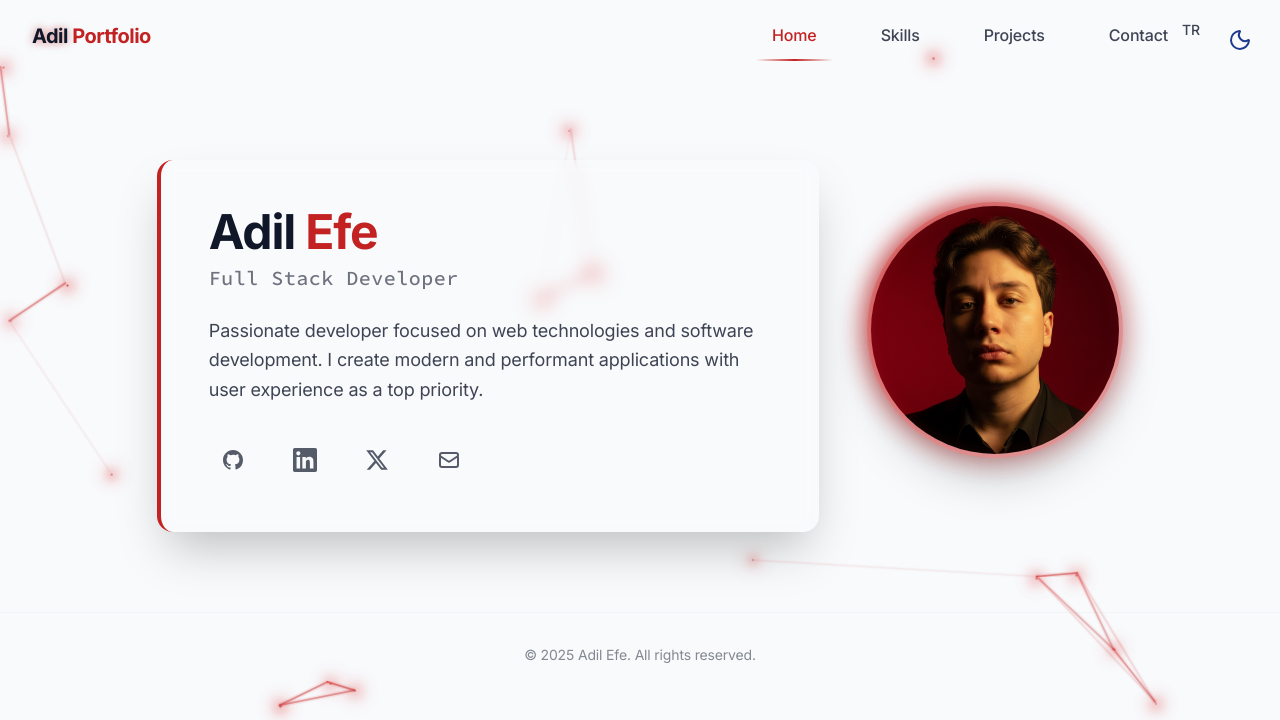
Repository: jusiann/personal-portfolio
Page: / (app in my-portfolio/)
These files come from the project's save history. The page is drawn as it stood at one moment and after the next save; the edit follows.
The browser window is 1280 px wide. The pictures show the whole page.
The project was rebuilt for these pictures with package versions that can differ from the ones it lists, and the page was loaded fresh each time. Also part of the build but not shown: my-portfolio/vite.config.js, my-portfolio/src/pages/Skills.jsx, my-portfolio/src/pages/Projects.jsx, my-portfolio/src/pages/Contact.jsx, my-portfolio/src/pages/NotFound.jsx.

Above is the page before, as saved 2025-11-19 23:13:59.

### my-portfolio/index.html
<!doctype html>
<html lang="en">
  <head>
    <meta charset="UTF-8" />
    <link rel="icon" type="image/svg+xml" href="/vite.svg" />
    <meta name="viewport" content="width=device-width, initial-scale=1.0" />
    <link rel="preconnect" href="https://fonts.googleapis.com">
    <link rel="preconnect" href="https://fonts.gstatic.com" crossorigin>
    <link href="https://fonts.googleapis.com/css2?family=Inter:wght@300;400;500;600;700;800&family=Source+Code+Pro:wght@400;500;600&display=swap" rel="stylesheet">
    <title>my-portfolio</title>
  </head>
  <body>
    <div id="root"></div>
    <script type="module" src="/src/main.jsx"></script>
  </body>
</html>

### my-portfolio/src/App.jsx
import { BrowserRouter, Routes, Route, Navigate, useLocation } from "react-router-dom"
import { AnimatePresence } from "framer-motion"
import { Home } from "./pages/Home";
import { Skills } from "./pages/Skills";
import { Projects } from "./pages/Projects";
import { Contact } from "./pages/Contact";
import { NotFound } from "./pages/NotFound";

function AnimatedRoutes() {
  const location = useLocation();

  return (
    <AnimatePresence mode="wait">
      <Routes location={location} key={location.pathname}>

        {/* TURKISH ROUTES */}
        <Route path="/" element={<Navigate to="/en" replace />} />
        <Route path="/tr" element={<Home />}/>
        <Route path="/tr/skills" element={<Skills />}/>
        <Route path="/tr/projects" element={<Projects />}/>
        <Route path="/tr/contact" element={<Contact />}/>

        {/* ENGLISH ROUTES */}
        <Route path="/en" element={<Home />}/>
        <Route path="/en/skills" element={<Skills />}/>
        <Route path="/en/projects" element={<Projects />}/>
        <Route path="/en/contact" element={<Contact />}/>
        <Route path="*" element={<NotFound />} />
      </Routes>
    </AnimatePresence>
  );
}

function App() {
  return (
    <BrowserRouter>
      <AnimatedRoutes />
    </BrowserRouter>
  )
}

export default App

### my-portfolio/src/pages/Home.jsx
import {ThemeToggle} from "../components/ThemeToggle";
import {LanguageToggle} from "../components/LanguageToggle";
import {CrimsonWebBackground} from "../components/CrimsonWebBackground";
import {Navbar} from "../components/Navbar";
import {PageTransition} from "../components/PageTransition";
import {ProfileCard} from "../components/ProfileCard";
import {ProfileImage} from "../components/ProfileImage";
import {SocialLinks} from "../components/SocialLinks";
import {useLanguage} from "../lib/utils";

export const Home = () => {
    const { t } = useLanguage();

    return (
        <PageTransition>
        <div className="
                        min-h-screen
                        bg-background
                        text-foreground
                        overflow-x-hidden">

            {/* THEME TOGGLE */}
            <ThemeToggle />

            {/* LANGUAGE TOGGLE */}
            <LanguageToggle />

            {/* BACKGROUND EFFECTS */}
            <CrimsonWebBackground />

            {/* NAVBAR */}
            <Navbar />

            {/* MAIN CONTENT */}
            <main className="container mx-auto px-4 py-12">
                <ProfileCard
                    profileImage={
                        <ProfileImage
                            src="/src/assets/images/profile_photo.png"
                            alt={`${t('profile_name')} ${t('profile_surname')}`}
                        />
                    }
                >
                    {/* Profil Resmi Mobile */}
                    <div className="md:hidden mb-8">
                        <ProfileImage
                            src="/src/assets/images/profile_photo.png"
                            alt={`${t('profile_name')} ${t('profile_surname')}`}
                        />
                    </div>

                    {/* İsim ve Soyisim */}
                    <div className="text-center md:text-left mb-6 animate-fade-in-delay-2">
                        <h1 className="
                            text-4xl
                            md:text-5xl
                            font-heading
                            font-bold
                            text-foreground
                            mb-2
                            tracking-tight
                        ">
                            {t('profile_name')}{' '}
                            <span className="text-primary">
                                {t('profile_surname')}
                            </span>
                        </h1>
                        <p className="
                            text-lg
                            md:text-xl
                            text-foreground/60
                            font-code
                        ">
                            {t('hero_subtitle')}
                        </p>
                    </div>

                    {/* Açıklama */}
                    <div className="
                        text-center
                        md:text-left
                        mb-8
                        max-w-2xl
                        animate-fade-in-delay-2
                    ">
                        <p className="
                            text-base
                            md:text-lg
                            text-foreground/80
                            leading-relaxed
                        ">
                            {t('profile_tagline')}
                        </p>
                    </div>

                    {/* Sosyal Medya Linkleri */}
                    <SocialLinks />
                </ProfileCard>
            </main>

            {/* FOOTER */}
            <footer className="
                text-center
                py-8
                text-foreground/50
                text-sm
                border-t
                border-border/30
            ">
                <p>© 2025 {t('profile_name')} {t('profile_surname')}. {t('rights_reserved')}.</p>
            </footer>
        </div>
        </PageTransition>
    );
};

### my-portfolio/src/components/LanguageToggle.jsx
import {useNavigate, useLocation } from 'react-router-dom';
import {cn} from '../lib/utils';

export const LanguageToggle = () => {
    const navigate = useNavigate();
    const location = useLocation();
    const currentLang = location.pathname.startsWith('/en') ? 'en' : 'tr';

    const toggleLanguage = () => {
        const newLang = currentLang === 'tr' ? 'en' : 'tr';
        navigate(`/${newLang}${location.hash}`);
    };

    return (
        <button
            onClick={toggleLanguage}
            className={cn(
                "fixed max-sm:hidden top-5 right-20 z-50 transition-all duration-300",
                "hover:scale-110 active:scale-95",
                "focus:outline-none text-foreground/80 hover:text-foreground",
                "text-sm font-medium uppercase"
            )}
        >
            {currentLang === 'tr' ? 'EN' : 'TR'}
        </button>
    );
};

### my-portfolio/src/components/Navbar.jsx
import {cn} from "../lib/utils";
import {Menu, X} from "lucide-react";
import {useEffect, useState} from "react";
import {useLocation, Link} from "react-router-dom";
import {translations} from "../lib/translations";

export const Navbar = () => {
  const [isScrolled, setIsScrolled] = useState(false);
  const [isMenuOpen, setIsMenuOpen] = useState(false);
  const location = useLocation();
  const lang = location.pathname.startsWith('/en') ? 'en' : 'tr';

  const navItems = [
    { name: translations[lang].home, href: `/${lang}` },
    { name: translations[lang].skills, href: `/${lang}/skills`},
    { name: translations[lang].projects, href: `/${lang}/projects` },
    { name: translations[lang].contact, href: `/${lang}/contact` },
  ];

  const isActiveRoute = (href) => {
    if (href === `/${lang}`) {
      return location.pathname === `/${lang}` || location.pathname === `/${lang}/`;
    }
    return location.pathname.startsWith(href);
  };

  useEffect(() => {
    const handleScroll = () => {
      setIsScrolled(window.scrollY > 10);
    };

    window.addEventListener("scroll", handleScroll);
    return () => window.removeEventListener("scroll", handleScroll);
  }, []);

  return (
    <nav
      className={cn(
        "fixed w-full z-40 transition-all duration-300",
        isScrolled ? "py-3 bg-background/80 backdrop-blur-md shadow-xs" : "py-5"
      )}
    >
      <div className="container flex items-center justify-between h-8 pr-24">
        <a
          className="text-xl font-heading font-bold text-primary flex items-center"
          href="#hero"
        >
          <span className="relative z-10">
            <span className="text-glow text-foreground"> Adil </span>{" "}
            Portfolio
          </span>
        </a>

        {/* desktop nav */}
        <div className="hidden md:flex items-center space-x-8">
          {navItems.map((item, key) => (
            <Link
              key={key}
              to={item.href}
              className={`relative px-4 py-3 font-medium transition-colors duration-300 group ${
                isActiveRoute(item.href)
                  ? 'text-primary'
                  : 'text-foreground/80 hover:text-primary'
              }`}
            >
              {/* Linear crimson line effect - Always visible for active, hover for others */}
              <div className={`absolute bottom-0 left-0 w-full h-0.5 bg-gradient-to-r from-transparent via-primary to-transparent transition-transform duration-500 origin-center ${
                isActiveRoute(item.href)
                  ? 'scale-x-100'
                  : 'scale-x-0 group-hover:scale-x-100'
              }`} />

              {/* Text */}
              <span className="relative z-10">
                {item.name}
              </span>
            </Link>
          ))}
        </div>

        {/* mobile nav */}

        <button
          onClick={() => setIsMenuOpen((prev) => !prev)}
          className="md:hidden p-2 text-foreground z-50 hover:text-primary transition-colors duration-300"
          aria-label={isMenuOpen ? "Close Menu" : "Open Menu"}
        >
          {isMenuOpen ? <X size={24} /> : <Menu size={24} />}
        </button>

        <div
          className={cn(
            "fixed inset-0 bg-background/95 backdrop-blur-md z-40 flex flex-col items-center justify-center",
            "transition-all duration-300 md:hidden",
            isMenuOpen
              ? "opacity-100 pointer-events-auto"
              : "opacity-0 pointer-events-none"
          )}
        >
          <div className="flex flex-col space-y-8 text-xl">
            {navItems.map((item, key) => (
              <Link
                key={key}
                to={item.href}
                className={`relative px-4 py-2 transition-colors duration-300 group ${
                  isActiveRoute(item.href)
                    ? 'text-primary'
                    : 'text-foreground/80 hover:text-primary'
                }`}
                onClick={() => setIsMenuOpen(false)}
              >
                {/* Mobile crimson line - always visible for active, hover for others */}
                <div className={`absolute bottom-0 left-0 w-full h-0.5 bg-gradient-to-r from-transparent via-primary to-transparent transition-transform duration-500 ${
                  isActiveRoute(item.href)
                    ? 'scale-x-100'
                    : 'scale-x-0 group-hover:scale-x-100'
                }`} />

                <span className="relative z-10">
                  {item.name}
                </span>
              </Link>
            ))}
          </div>
        </div>
      </div>
    </nav>
  );
};

### my-portfolio/src/components/PageTransition.jsx
import {motion} from 'framer-motion';

export const PageTransition = ({ children }) => {
    return (
        <>
            {children}

            {/* LEFT TRIANGLE */}
            <motion.div
                className="fixed inset-0 bg-background z-100 pointer-events-none"
                style={{
                    clipPath: 'polygon(0% 0%, 100% 0%, 0% 100%)',
                }}
                initial={{ x: '0%' }}
                animate={{ x: '-100%' }}
                transition={{
                    duration: 0.6,
                    ease: [0.65, 0, 0.35, 1],
                    delay: 0.4
                }}
            />

            {/* RIGHT TRIANGLE */}
            <motion.div
                className="fixed inset-0 bg-background z-100 pointer-events-none"
                style={{
                    clipPath: 'polygon(100% 0%, 100% 100%, 0% 100%)',
                }}
                initial={{ x: '0%' }}
                animate={{ x: '100%' }}
                transition={{
                    duration: 0.6,
                    ease: [0.65, 0, 0.35, 1],
                    delay: 0.4
                }}
            />

            {/* RED DIAGONAL LINE */}
            <motion.div
                className="fixed inset-0 pointer-events-none z-101"
                style={{
                    background: 'linear-gradient(to bottom right, transparent calc(50% - 2px), rgb(220, 38, 38) calc(50% - 2px), rgb(220, 38, 38) calc(50% + 2px), transparent calc(50% + 2px))',
                    filter: 'drop-shadow(0 0 8px rgb(220, 38, 38))',
                }}
                initial={{ opacity: 1 }}
                animate={{ opacity: 0 }}
                transition={{
                    duration: 0.3,
                    ease: "easeOut",
                    delay: 0.3
                }}
            />
        </>
    );
};

### my-portfolio/src/components/ProfileCard.jsx
export const ProfileCard = ({ children, profileImage }) => {

    return (
        <div className="relative w-[80%] mx-auto px-4 py-8 mt-20 flex items-center gap-12">
            {/* Ana kart yapısı - backdrop blur ve opacity ile saydam etki */}
            <div
                className="
                    relative
                    flex-1
                    bg-card/10
                    backdrop-blur-sm
                    rounded-2xl
                    border-l-4
                    border-primary
                    shadow-2xl
                    p-8
                    md:p-12
                    transition-all
                    duration-500
                    hover:scale-[1.01]
                    animate-fade-in
                "
            >
                {/* İçerik alanı */}
                <div className="relative z-10">
                    {children}
                </div>
            </div>

            {/* Profil Resmi - Card Dışında Sağda */}
            <div className="hidden md:block">
                {profileImage}
            </div>

            {/* Ambient glow efekti */}
            <div
                className="
                    absolute
                    -inset-4
                    bg-primary/5
                    blur-3xl
                    -z-10
                    opacity-50
                    animate-pulse-subtle
                "
            />
        </div>
    );
};

### my-portfolio/src/components/ProfileImage.jsx
export const ProfileImage = ({ src, alt = "Profile" }) => {
    return (
        <div className="flex justify-center mb-8 animate-fade-in-delay-1">
            {/* Dış halka - glow efekti */}
            <div
                className="
                    relative
                    group
                    animate-pulse-subtle
                "
            >
                {/* Gradient border halka */}
                <div
                    className="
                        absolute
                        -inset-1
                        bg-linear-to-br
                        from-primary
                        via-primary/60
                        to-primary/30
                        rounded-full
                        blur-md
                        group-hover:blur-lg
                        transition-all
                        duration-300
                    "
                />

                {/* Resim container */}
                <div
                    className="
                        relative
                        w-40
                        h-40
                        md:w-64
                        md:h-64
                        rounded-full
                        overflow-hidden
                        border-4
                        border-primary/20
                        shadow-2xl
                        group-hover:scale-105
                        transition-transform
                        duration-300
                    "
                >
                    <img
                        src={src}
                        alt={alt}
                        className="
                            w-full
                            h-full
                            object-cover
                            filter
                            group-hover:brightness-110
                            transition-all
                            duration-300
                        "
                    />
                </div>

                {/* İç glow */}
                <div
                    className="
                        absolute
                        inset-0
                        rounded-full
                        shadow-[inset_0_0_20px_rgba(220,38,38,0.2)]
                        pointer-events-none
                    "
                />
            </div>
        </div>
    );
};

### my-portfolio/src/components/SocialLinks.jsx
export const SocialLinks = () => {
    const socialMedia = [
        {
            name: "GitHub",
            url: "https://github.com/jusiann",
            icon: (
                <svg
                    className="w-6 h-6"
                    fill="currentColor"
                    viewBox="0 0 24 24"
                    aria-hidden="true"
                >
                    <path
                        fillRule="evenodd"
                        d="M12 2C6.477 2 2 6.484 2 12.017c0 4.425 2.865 8.18 6.839 9.504.5.092.682-.217.682-.483 0-.237-.008-.868-.013-1.703-2.782.605-3.369-1.343-3.369-1.343-.454-1.158-1.11-1.466-1.11-1.466-.908-.62.069-.608.069-.608 1.003.07 1.531 1.032 1.531 1.032.892 1.53 2.341 1.088 2.91.832.092-.647.35-1.088.636-1.338-2.22-.253-4.555-1.113-4.555-4.951 0-1.093.39-1.988 1.029-2.688-.103-.253-.446-1.272.098-2.65 0 0 .84-.27 2.75 1.026A9.564 9.564 0 0112 6.844c.85.004 1.705.115 2.504.337 1.909-1.296 2.747-1.027 2.747-1.027.546 1.379.202 2.398.1 2.651.64.7 1.028 1.595 1.028 2.688 0 3.848-2.339 4.695-4.566 4.943.359.309.678.92.678 1.855 0 1.338-.012 2.419-.012 2.747 0 .268.18.58.688.482A10.019 10.019 0 0022 12.017C22 6.484 17.522 2 12 2z"
                        clipRule="evenodd"
                    />
                </svg>
            ),
        },
        {
            name: "LinkedIn",
            url: "https://linkedin.com/in/yourprofile",
            icon: (
                <svg
                    className="w-6 h-6"
                    fill="currentColor"
                    viewBox="0 0 24 24"
                    aria-hidden="true"
                >
                    <path
                        fillRule="evenodd"
                        d="M20.447 20.452h-3.554v-5.569c0-1.328-.027-3.037-1.852-3.037-1.853 0-2.136 1.445-2.136 2.939v5.667H9.351V9h3.414v1.561h.046c.477-.9 1.637-1.85 3.37-1.85 3.601 0 4.267 2.37 4.267 5.455v6.286zM5.337 7.433c-1.144 0-2.063-.926-2.063-2.065 0-1.138.92-2.063 2.063-2.063 1.14 0 2.064.925 2.064 2.063 0 1.139-.925 2.065-2.064 2.065zm1.782 13.019H3.555V9h3.564v11.452zM22.225 0H1.771C.792 0 0 .774 0 1.729v20.542C0 23.227.792 24 1.771 24h20.451C23.2 24 24 23.227 24 22.271V1.729C24 .774 23.2 0 22.222 0h.003z"
                        clipRule="evenodd"
                    />
                </svg>
            ),
        },
        {
            name: "Twitter",
            url: "https://twitter.com/yourhandle",
            icon: (
                <svg
                    className="w-6 h-6"
                    fill="currentColor"
                    viewBox="0 0 24 24"
                    aria-hidden="true"
                >
                    <path d="M18.244 2.25h3.308l-7.227 8.26 8.502 11.24H16.17l-5.214-6.817L4.99 21.75H1.68l7.73-8.835L1.254 2.25H8.08l4.713 6.231zm-1.161 17.52h1.833L7.084 4.126H5.117z" />
                </svg>
            ),
        },
        {
            name: "Email",
            url: "mailto:your.email@example.com",
            icon: (
                <svg
                    className="w-6 h-6"
                    fill="none"
                    stroke="currentColor"
                    viewBox="0 0 24 24"
                    aria-hidden="true"
                >
                    <path
                        strokeLinecap="round"
                        strokeLinejoin="round"
                        strokeWidth={2}
                        d="M3 8l7.89 5.26a2 2 0 002.22 0L21 8M5 19h14a2 2 0 002-2V7a2 2 0 00-2-2H5a2 2 0 00-2 2v10a2 2 0 002 2z"
                    />
                </svg>
            ),
        },
    ];

    return (
        <div className="flex justify-center md:justify-start gap-6 mt-8 animate-fade-in-delay-3">
            {socialMedia.map((social, index) => (
                <a
                    key={social.name}
                    href={social.url}
                    target="_blank"
                    rel="noopener noreferrer"
                    className="
                        p-3
                        text-foreground/70
                        hover:text-primary
                        transition-all
                        duration-300
                        hover:scale-110
                        animate-fade-in-delay-3
                    "
                    style={{ animationDelay: `${0.8 + index * 0.1}s` }}
                    aria-label={social.name}
                >
                    {social.icon}
                </a>
            ))}
        </div>
    );
};

Loaded but not shown: my-portfolio/src/main.jsx (common file); my-portfolio/src/lib/translations.js (80 lines, source omitted); my-portfolio/src/lib/utils.js (19 lines, source omitted); my-portfolio/src/index.css (267 lines, source omitted); my-portfolio/src/components/CrimsonWebBackground.jsx (183 lines, source omitted); my-portfolio/src/components/ThemeToggle.jsx (130 lines, source omitted)

After the next save:
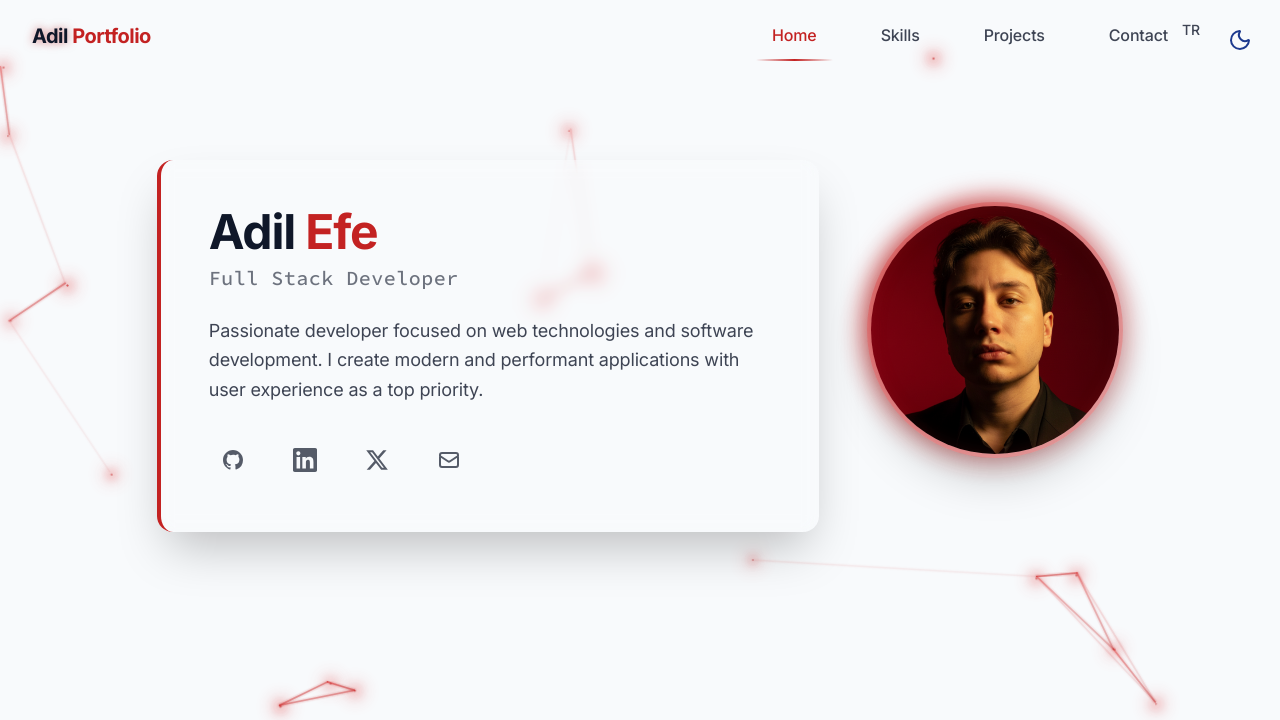
Saved 118 s later.
--- a/my-portfolio/src/pages/Home.jsx
+++ b/my-portfolio/src/pages/Home.jsx
@@ -97,18 +97,6 @@ export const Home = () => {
                     <SocialLinks />
                 </ProfileCard>
             </main>
-
-            {/* FOOTER */}
-            <footer className="
-                text-center
-                py-8
-                text-foreground/50
-                text-sm
-                border-t
-                border-border/30
-            ">
-                <p>© 2025 {t('profile_name')} {t('profile_surname')}. {t('rights_reserved')}.</p>
-            </footer>
         </div>
         </PageTransition>
     );
